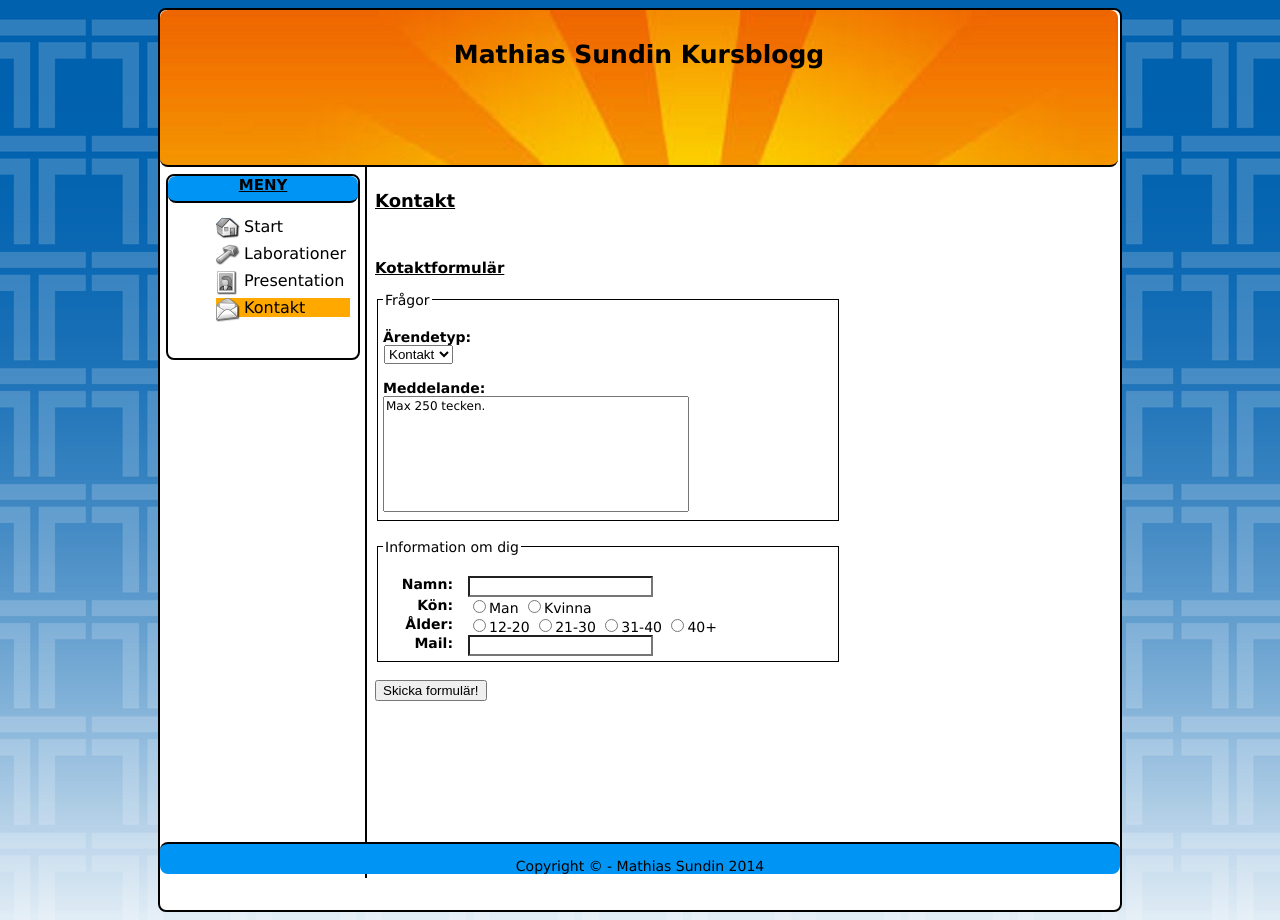
Repository: ms223uh/1ik415-laborationer
Page: www/pages/kontakt.html
The author's editor kept a record of every edit. The page is drawn from the files as they stood at one moment, then again after the next edit.
The browser window is 1280 px wide. The pictures show the whole page.

Above is the page before.

### www/pages/kontakt.html
<!DOCTYPE html>

<html lang="sv">

    <head>
       <meta http-equiv="content-type" content="text/html; charset=utf-8" />
        <meta name="viewport" content="width=device-width, initial-scale=1.0" />

    <link rel="stylesheet" href="../css/style.css">
    <link rel="stylesheet" type="text/css" media="only screen and (max-width: 480px)" href="../css/mobile.css" />
    <link rel="stylesheet" href="../css/print.css">

        <title>Mathias Sundin</title>
    </head>
    <body>
    <!--Startsida-->

    <div id="wrapper">


    <div id="head">


            <h4>Mathias Sundin Kursblogg</h4>







        </div>




<div id="meny">

<div id="head3"><h3>MENY</h3></div>
        <ul id="menyli">
            <li><a class="index" href="../index.html">Start</a></li>
            <li><a class="laborationer" href="laborationer.html">Laborationer</a></li>
            <li><a class="presentation" href="presentation.html">Presentation</a></li>
            <li class="active"><a class="kontakt" href="kontakt.html">Kontakt</a></li>

        </ul>





</div>

        <div id="content">


        <h2>Kontakt</h2>

        <br>

        <h3>Kotaktformulär</h3>

        <form action="http://voyager.lnu.se/tekinet/kurser/dtt/wp_webbintro/form.php" method="post" >
        <fieldset>
        <br>
        <legend>Frågor</legend>
            <label for="Ärende">Ärendetyp: <select name="Ärende"></label>
                <option value="Kontakt">Kontakt</option>
                <option value="Support">Support</option>
            </select>
            <br>
            <br>
            <label for="Meddelande">Meddelande:</label>
            <br>
            <textarea rows="5" cols="30" maxlength="250" name="Meddelande" required>Max 250 tecken.</textarea>

        </fieldset>

        <br>

        <fieldset>


        <legend>Information om dig</legend>
        <br>
            <label for="Namn">Namn:</label> <input type="text" name="Namn" required>
            <br>
            <label for="Kön">Kön:</label> <input type="radio" name="Kön" value="man" >Man
            <input type="radio" name="Kön" value="kvinna" required>Kvinna
            <br>
            <label for="Ålder">Ålder:</label> <input type="radio" name="Ålder" value="12-20" required>12-20 <input type="radio" name="Ålder" value="21-30"required>21-30 <input type="radio" name="Ålder" value="31-40" required>31-40 <input type="radio" name="Ålder" value="40+" required>40+
            <br>
            <label for="Mail">Mail:</label> <input type="text" name="Mail" required>
        </fieldset>
           <br>
           <button type="submit">Skicka formulär!</button>
          </form>




           </div>

    <div id="footer">

        <p>Copyright © - Mathias Sundin 2014</p>

    </div>


        </div>




    </body>
</html>

### www/css/style.css

/* Layout */

body
{
    background: url(pics/backgroundimage2.jpeg) no-repeat;
}


#wrapper
{
    background-color: #ffffff;
    width: 960px;
    height: 900px;
    margin-right: auto;
    margin-left: auto;
    border: solid 2px #000000;
    border-radius: 8px;

}




#head
{
    width: 958px;
    height: 155px;
    background-color: #FFFFFF;
    border-radius: 8px;
    border-bottom: solid 2px #000000;
    margin-top: 0px;
    background: url(pics/backgroundimage8.jpeg) no-repeat;


}


#head2
{
    width: auto;
    height: 25px;
    background-color: #0095F4;
    border-bottom: solid 2px #000000;
    text-align: center;
    border-radius: 8px;
    margin-top: 0px;
}


#head3
{
    width: auto;
    height: 25px;
    background-color: #0095F4;
    border-bottom: solid 2px #000000;
    text-align: center;
    border-radius: 8px;
    margin-top: -15px;
}




#content
{
    height: 695px;
    background-color: #ffffff;
    margin-left: 205px;
    margin-top: 0px;
    padding: 8px;
    overflow: auto;
    border-left: solid 2px #000000;
}




#meny
{
    /*background-image: url('pics/sprite.png') no-repeat;*/
    width: 190px;
    height: 182px;
    background-color: #FFFFFF;
    border: solid 2px #000000;
    float: left;
    margin-top: 7px;
    margin-left: 6px;
    border-radius: 8px;

}


#menyli a:link { text-decoration: none; color: #000000; font-family: verdana; font-size: 16px;}
#menyli a:visited { text-decoration: none; color: #000000; font-family: verdana; font-size: 16px; }
#menyli a:active { text-decoration: none; color: #000000; font-family: verdana; font-size: 16px; }
#menyli li a:hover { text-decoration: none; color: #CCCCCC; font-family: verdana; font-size: 16px; background: #0095F4; }


#menyli li
{
    list-style: none;
    margin: 8px;
}

#meny a
{
    background-image: url('pics/sprite.png');
    background-repeat:no-repeat;
    padding-left: 28px;
    padding-bottom: 5px;
}




#footer
{
    background-color: #0095F4;
    width: auto;
    height: 30px;
    border-radius: 8px;
    border-top: solid 2px #000000;
    text-align: center;
    vertical-align: middle;
    margin-top: -36px;

}


#footer2
{
    width: auto;
    height: 25px;
    background-color: #0095F4;
    border-top: solid 2px #000000;
    text-align: center;
    border-radius: 8px;
}


#footer3
{
    width: auto;
    height: 25px;
    background-color: #0095F4;
    border-top: solid 2px #000000;
    text-align: center;
    border-radius: 8px;
    margin-top: -157px;
}



/* Typografi */


p
{
    font-family: Verdana; font-size: 14px; color: #000000;
    white-space: pre-line;
}

h2
{
    font-family: Verdana; font-size: 18px; color: #000000; text-decoration: bold; text-decoration: underline;
}

h3
{
   font-family: Verdana; font-size: 15px; color: #000000; text-decoration: bold; text-decoration: underline;
}


h4
{
   font-family: Verdana; font-size: 25px; color: #000000; text-decoration: bold;
   text-align: center;
   margin-top: 0;
   padding-top: 30px;
}




h5
{
   font-family: Verdana; font-size: 15px; color: #5D5F60; text-decoration: bold;


}


ol
{
    font-family: Verdana; font-size: 14px; color: #000000;

}

ul
{
font-family: Verdana; font-size: 14px; color: #000000;

}

a:link { text-decoration: underline; color: #000000; font-family: verdana; font-size: 14px;}
a:visited { text-decoration: none; color: #000000; font-family: verdana; font-size: 14px; }
a:active { text-decoration: none; color: #000000; font-family: verdana; font-size: 14px; }
a:hover { text-decoration: none; color: #CCCCCC; font-family: verdana; font-size: 14px; }





thead
{
    background-color: #0095F4;
     color: #000000; font-family: verdana; font-size: 15px;
}

tfoot
{
    background-color: #0095F4;
     color: #000000; font-family: verdana; font-size: 15px;
}

table {
  border-collapse: collapse;

}


.active
{
    text-decoration: none; color: #FFFFFF; font-family: verdana; font-size: 16px; background: #FFA800
}

.right
{
    float: right;

}


.left
{
    float: left;

}


/* Sprites */

#meny li a.index
{
    background-position: 0 -49px;


}

#meny li a:hover.index
{
    background: url('pics/sprite.png') no-repeat 0 -1px;
	width: 24px;
	height: 22px

}


#meny li a.laborationer
{
    background: url('pics/sprite.png') no-repeat 0 -145px;
	width: 24px;
	height: 22px;

}

#meny li a:hover.laborationer
{
    background: url('pics/sprite.png') no-repeat 0 -97px;
	width: 24px;
	height: 22px;

}


#meny li a.presentation
{
    background: url(pics/sprite.png) no-repeat -1px -240px;
	width: 22px;
	height: 24px;
    text-indent: 20px;
}

#meny li a:hover.presentation
{
    background: url('pics/sprite.png') no-repeat -1px -192px;
	width: 22px;
	height: 24px;

}


#meny li a.kontakt
{
    background: url('pics/sprite.png') no-repeat 0 -336px;
	width: 24px;
	height: 24px;

}

#meny li a:hover.kontakt
{
    background: url('pics/sprite.png') no-repeat 0 -288px;
	width: 24px;
	height: 24px;

}


/* Kontaktformulär */

fieldset {
  padding: 5px;
  font-family: verdana;
  font-size: 14px;
  width: 450px;
  border: solid 1px #000000;
  }

label {
  float: left;
  width: 70px;
  margin-right: 15px;
  font-weight: bold;
  font-family: verdana;
  font-size: 14px;
  color: #000000;
  text-align: right;

  }

  textarea
  {
      width: 300px;
      height: 110px;
      resize: none;
      font-family: verdana;
      font-size: 12px;
      color: #000000;
  }

  input:invalid {
  background: #ffffff;
}

input:valid {
  background: #ffffff;
}

### www/css/print.css
@media print {


body {
    background:white; color:black;
}


#head, #head2, #head3, #meny, #footer, #footer2, #footer3
{
    display: none;
}


#wrapper, #content
{
   border: none;
   overflow: visible;
   margin: 0 auto;

}


a:link:after, a:visited:after
{
    content:" [" attr(href) "] ";

}


video
{
    display: none;
}


}

### www/css/mobile.css
@media screen and (max-width:480px){


body
{
  width: 100%;
  background: none;
    padding: 0;
    margin: 0;
}

#wrapper
{
 width: 100%;
 border: none;
 padding: 0;
 margin: 0;
}

#head
{
 width: 100%;
 border: solid 2px #000000;
 padding: 0;
 margin: 0;
 border: none;

}


#head3
{
 border: none;
 width: 100%;
 padding: 0;
    margin: 0;
}



#content
{
  width: 100%;
  border: none;
  margin-left: 0;
  height: auto;
  padding: 0;
  margin: 0;
}


#footer
{
 width: 100%;
 padding: 0;
 margin: 0;
 border: none;
}


#meny
{
width: 100%;
border: none;
padding: 0;
margin: 0;
}






.leftt{
 width:200px;
}

}


fieldset {
  padding: 0;
  font-family: verdana;
  font-size: 14px;
  width: auto;
  border: none;
  }

label {
  float: left;
  width: 70px;
  margin-right: 0;
  font-weight: bold;
  font-family: verdana;
  font-size: 14px;
  color: #000000;
  text-align: right;
  border: none;
  }

After the next edit:
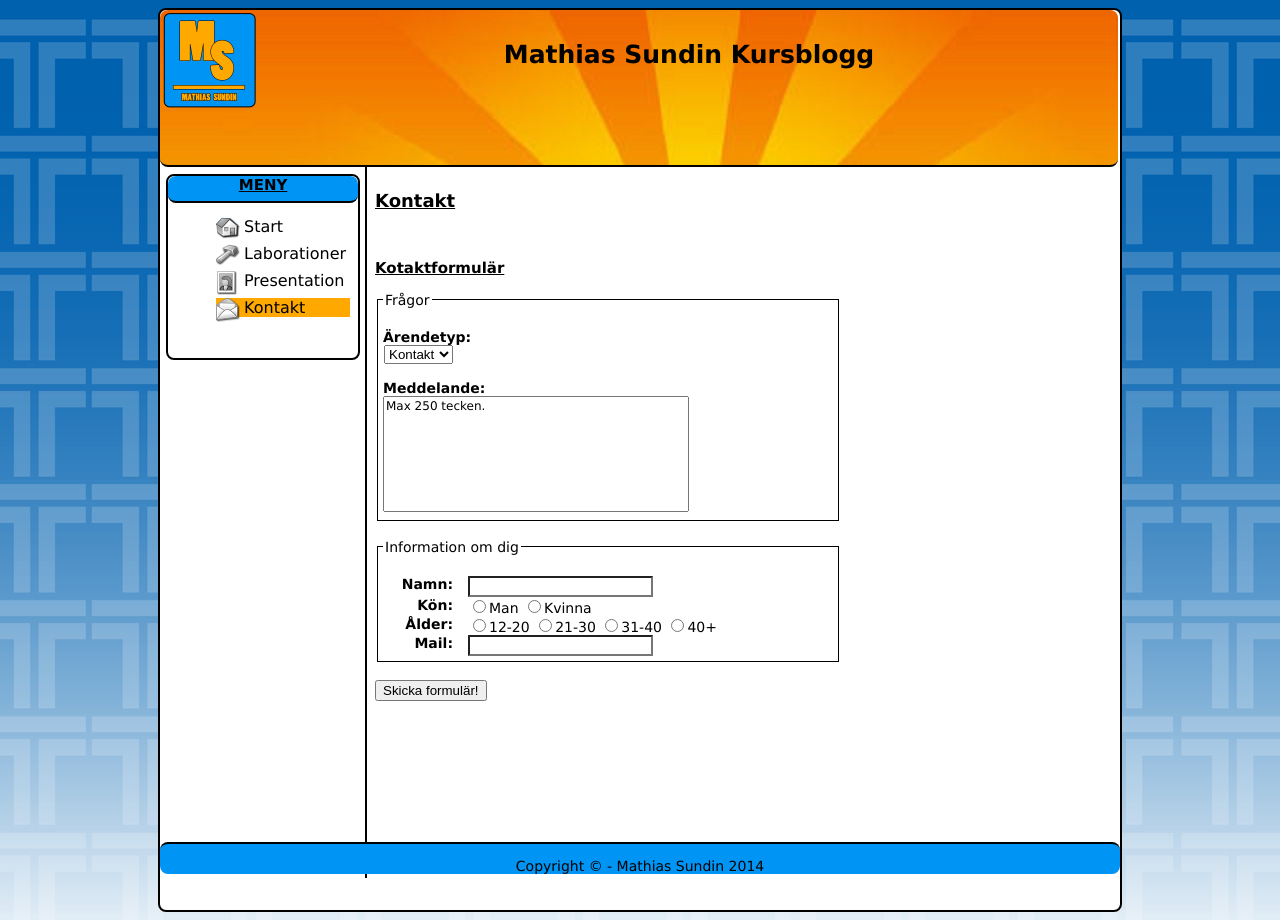
The edit:
--- a/www/pages/kontakt.html
+++ b/www/pages/kontakt.html
@@ -20,6 +20,7 @@
 
     <div id="head">
 
+           <img src="../pics/logo1.png" width="100" height="100" alt="Logotyp för hemsidan" style="float: left;">
 
             <h4>Mathias Sundin Kursblogg</h4>
 
